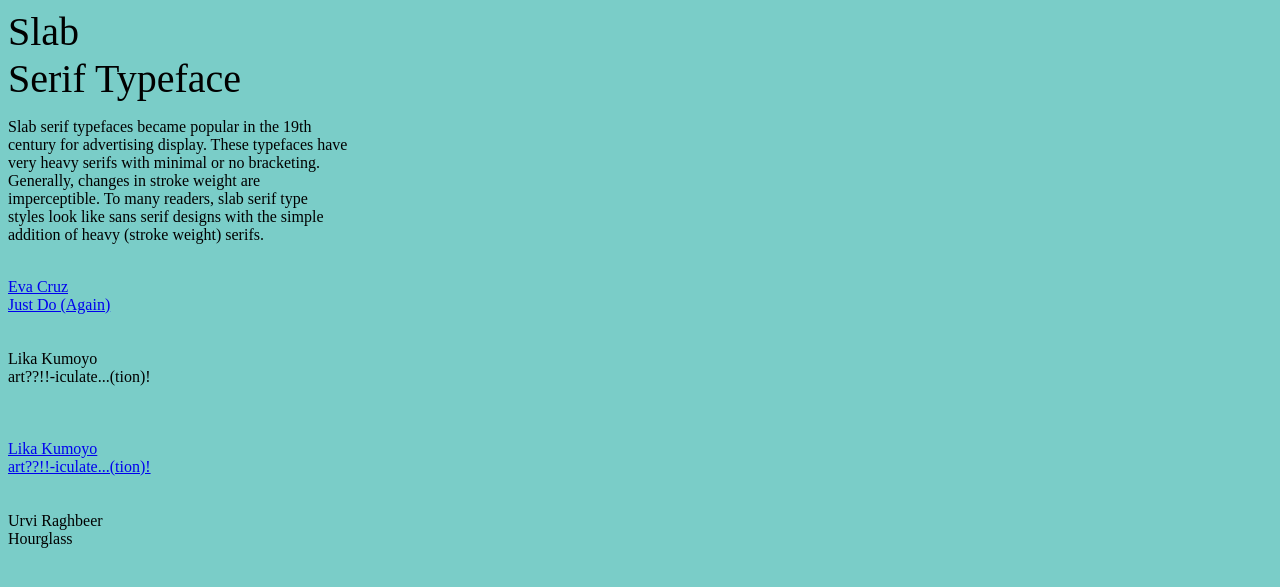
Repository: diasm568/diasm568.github.io
Page: lab/archive/slab.html
The author's editor kept a record of every edit. The page is drawn from the files as they stood at one moment, then again after the next edit.
The browser window is 1280 px wide. The pictures show the whole page.

Above is the page before.

### lab/archive/slab.html
<!DOCTYPE html>

<title>Composition Archive</title>

<link rel="stylesheet" type="text/css" href="css/page2.css" />

<p1>Slab</p1>
<br>
<p2>Serif Typeface</p2>
<p style="width:340px;">Slab serif typefaces became popular in the 19th century for advertising display. These typefaces have very heavy serifs with minimal or no bracketing. Generally, changes in stroke weight are imperceptible. To many readers, slab serif type styles look like sans serif designs with the simple addition of heavy (stroke weight) serifs.</p>

<body>
<a href="http://cruze767.github.io/lab/composition/composition2.html"><br>
Eva Cruz
<br>Just Do (Again)</a>
<br>
<br>
<br>
Lika Kumoyo
<br>
art??!!-iculate...(tion)!
<br>
<br>
<br>
<a href="http://cruze767.github.io/lab/composition/composition2.html"><br>
Lika Kumoyo
<br>art??!!-iculate...(tion)!</a>
<br>
<br>
<br>
Urvi Raghbeer
<br>
Hourglass
</body>

### lab/archive/css/page2.css
body {
    background-color: #7acdc8;
}

p1 {
    font-family: bebasNeueBold;
    font-size: 40px;
}

p2 {
    font-family: bebasNeueRegular;
    font-size: 40px;
}

p {
    font-family: roboto-light;
}

body {
    font-family: courier
    font-size: 10 px;
}

After the next edit:
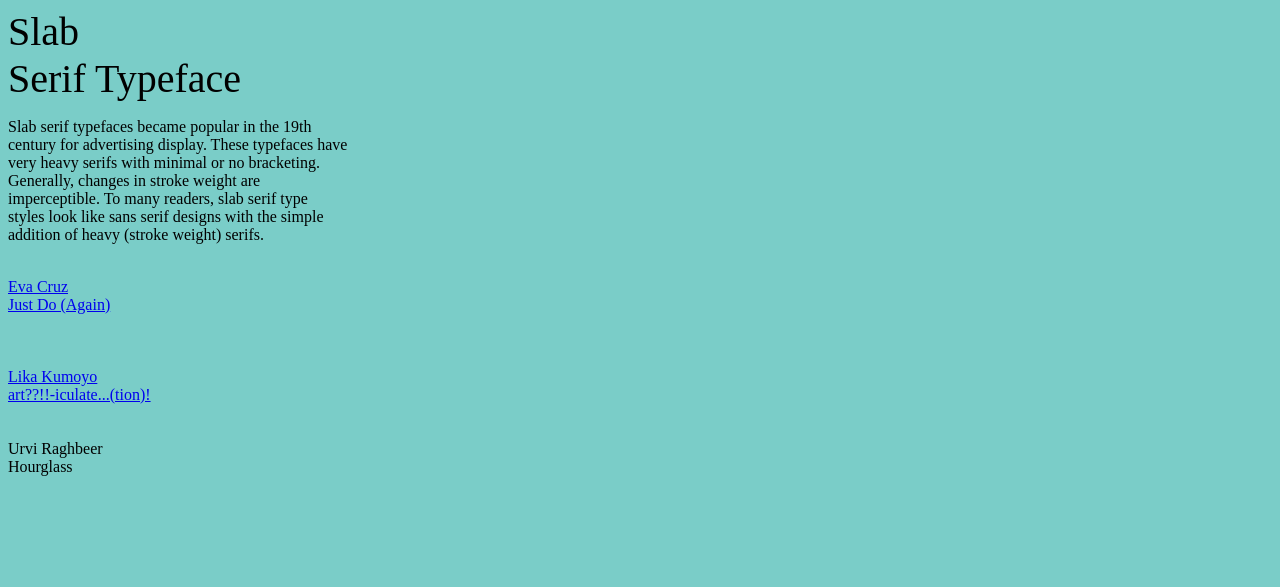
The edit:
--- a/lab/archive/slab.html
+++ b/lab/archive/slab.html
@@ -16,13 +16,7 @@
 <br>
 <br>
 <br>
-Lika Kumoyo
-<br>
-art??!!-iculate...(tion)!
-<br>
-<br>
-<br>
-<a href="http://cruze767.github.io/lab/composition/composition2.html"><br>
+<a href="http://kumol508.github.io/Lab/composition2.html"><br>
 Lika Kumoyo
 <br>art??!!-iculate...(tion)!</a>
 <br>
